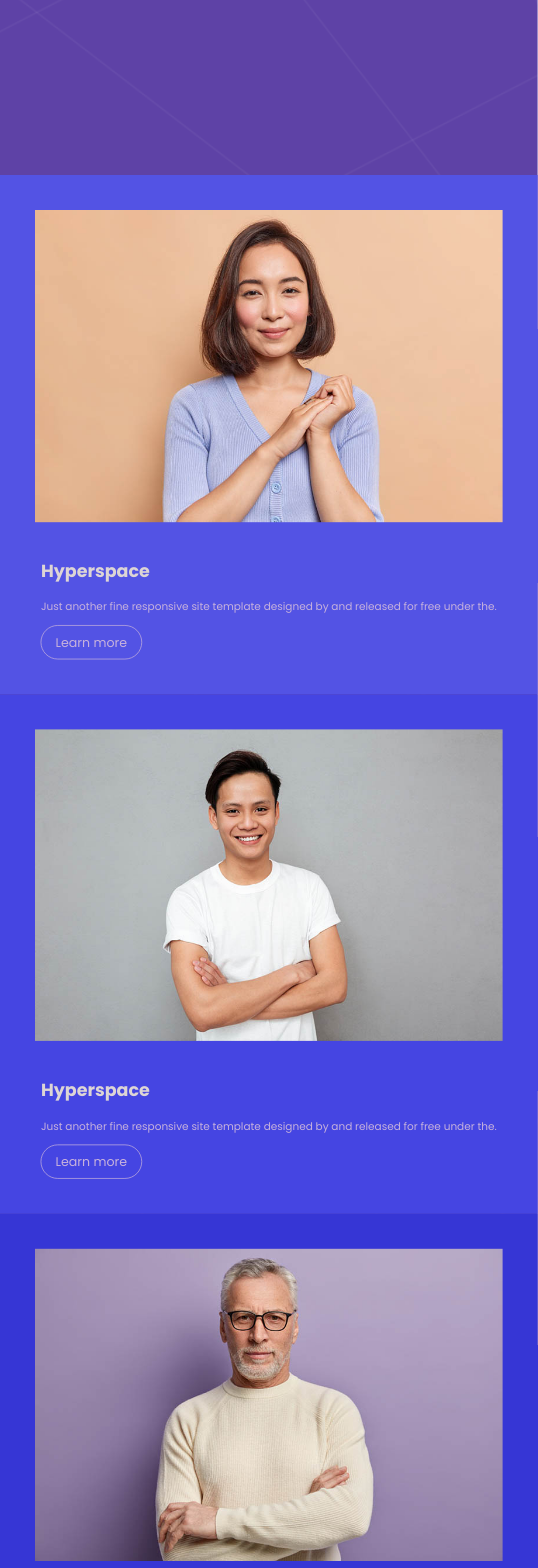
Repository: zai31/KIMIT_Tasks
Page: JsSession8/index.html
An editor plug-in stored every save of this project. The page is shown before and after a run of saves, followed by the edit.
The browser window is 768 px wide. The pictures show the part of the page from y = 620 to 2860 px (the page is 5077 px tall before and 5323 px after), at 70% of full size.
Backgrounds fixed to the window are drawn as part of the page.

Above is the page before, as saved 2025-09-16 18:06:57.

### JsSession8/index.html
<!DOCTYPE html>
<html lang="en">
<head>
    <meta charset="UTF-8">
    <meta name="viewport" content="width=device-width, initial-scale=1.0">
    <link rel="stylesheet" href="./css/style.css">
	<link href="https://cdnjs.cloudflare.com/ajax/libs/font-awesome/6.5.2/css/all.min.css" rel="stylesheet">

    <title>Responsive</title>
</head>

<body>
    <section  class="flex-section">
        <div class="menu">
        <ul>
            <li><a href="#">welcome</a></li>
            <li><a href="#">who are we</a></li>
            <li><a href="#">what we do</a></li>
            <li><a href="#">get in touch</a></li>
        </ul>
</div>
<div class="section">
    <div class="content">
      <div class="intro">
							<h1>Hyperspace</h1>
							<p>Just another fine responsive site template designed by <a href="https://html5up.net">HTML5 UP</a><br>
							and released for free under the <a href="https://html5up.net/license">Creative Commons</a>.</p>
							<button>Learn more</button>

						</div>
    <div class="overview">
        <div class="s" style="background-color: rgb(83, 83, 228);">
           <img src="./images/1.jpg" alt="">

							<div ><h1>Hyperspace</h1>
                                <p>Just another fine responsive site template designed by
							and released for free under the.</p>
							<button>Learn more</button></div>
        </div>
        <div class="s" style="background-color: rgb(69, 69, 226);">
            <img src="./images/2.jpg" alt="">
							<div >
                                           	<h1>Hyperspace</h1>
<p>Just another fine responsive site template designed by
							and released for free under the.</p>
							<button>Learn more</button></div>
        </div>
        <div class="s" style="background-color: rgb(54, 54, 213);">
            <img src="./images/3.jpg" alt="">
							<div >
                                           	<h1>Hyperspace</h1>
<p>Just another fine responsive site template designed by
							and released for free under the.</p>
							<button>Learn more</button></div>
        </div>
    <div class="what">
							<h2 style="font-size: 30px;">What we do</h2>
							<p>Phasellus convallis elit id ullamcorper pulvinar. Duis aliquam turpis mauris, eu ultricies erat malesuada quis. Aliquam dapibus, lacus eget hendrerit bibendum, urna est aliquam sem, sit amet imperdiet est velit quis lorem.</p>
							<div class="features">
								<section style="border-radius:5px 0px 0px 0 ;">
									<span style="color: rgba(255, 255, 255, 0.759); font-size: 30px;" class="fa-solid fa-lock"></span>
									<h3 >Lorem ipsum amet</h3>
									<p>Phasellus convallis elit id ullam corper amet et pulvinar. Duis aliquam turpis mauris, sed ultricies erat dapibus.</p>
								</section>
								<section style="border-radius:0 5px 0px 0 ;">
									<span style="color: rgba(255, 255, 255, 0.759); font-size: 30px;" class="fa-solid fa-lock"></span>
									<h3>Aliquam sed nullam</h3>
									<p>Phasellus convallis elit id ullam corper amet et pulvinar. Duis aliquam turpis mauris, sed ultricies erat dapibus.</p>
								</section>
								<section>
									<span style="color: rgba(255, 255, 255, 0.759); font-size: 30px;" class="fa-solid  fa-cog"></span>
									<h3>Sed erat ullam corper</h3>
									<p>Phasellus convallis elit id ullam corper amet et pulvinar. Duis aliquam turpis mauris, sed ultricies erat dapibus.</p>
								</section>
								<section>
									<span style="color: rgba(255, 255, 255, 0.759); font-size: 30px;" class="fa-solid fa-desktop"></span>
									<h3>Veroeros quis lorem</h3>
									<p>Phasellus convallis elit id ullam corper amet et pulvinar. Duis aliquam turpis mauris, sed ultricies erat dapibus.</p>
								</section>
								<section style="border-radius:0 0px 0px 5px  ;">
									<span class="fa-solid fa-link" style="color: rgba(255, 255, 255, 0.759); font-size: 30px;"></span>
									<h3>Urna quis bibendum</h3>
									<p>Phasellus convallis elit id ullam corper amet et pulvinar. Duis aliquam turpis mauris, sed ultricies erat dapibus.</p>
								</section>
								<section style="border-radius:0 0px 5px 0 ;">
									<span class="fa-solid fa-gem" style="color: rgba(255, 255, 255, 0.759); font-size: 30px;" ></span>
									<h3>Aliquam urna dapibus</h3>
									<p>Phasellus convallis elit id ullam corper amet et pulvinar. Duis aliquam turpis mauris, sed ultricies erat dapibus.</p>
								</section>
							</div>
							<ul class="actions">
								<li style="list-style: none;"><a href="generic.html" class="button" style="text-decoration: none; color: thistle;">Learn more</a></li>
							</ul>

    </div>
                        </div>
	<div class="form">
		<h2 style="font-size: 30px;">Get in touch</h2>
							<p>Phasellus convallis elit id ullamcorper pulvinar. Duis aliquam turpis mauris, eu ultricies erat malesuada quis. Aliquam dapibus, lacus eget hendrerit bibendum, urna est aliquam sem, sit amet imperdiet est velit quis lorem.</p>
							<div class="formS"><form action="">
								<div class="fields">

								<div class="row">

									<div class="field">
										<label for="name">Name</label>
										<input type="text" name="name" id="name" />
									</div>
									<div class="field">
										<label for="email">Email</label>
										<input type="email" name="email" id="email" />
									</div></div>
									<div class="field">
										<label for="message">Message</label>
										<textarea name="message" id="message" rows="3"></textarea>
									</div>
								</div>
								<ul style="list-style: none;padding: 0px;" class="actions">
									<li><input type="submit" value="Send" /></li>
								</ul>
							</form>
							<div class="line"></div>
							<section>
								<ul style="list-style: none;" class="contact">
										<li>
											<h3>Address</h3>
											<span>12345 Somewhere Road #654<br>
											Nashville, TN 00000-0000<br>
											USA</span>
										</li>
										<li>
											<h3>Email</h3>
											<a href="#">user@untitled.tld</a>
										</li>
										<li>
											<h3>Phone</h3>
											<span>(000) 000-0000</span>
										</li>
										<li>
											<h3>Social</h3>
											<ul style="list-style: none; display: flex; padding: 0px;gap: 10px;" class="icons">
												<li><a href="#" class="fa-brands fa-twitter"><span class="label"></span></a></li>
												<li><a href="#" class="fa-brands fa-facebook"><span class="label"></span></a></li>
												<li><a href="#" class="fa-brands fa-github"><span class="label"></span></a></li>
												<li><a href="#" class="fa-brands fa-instagram"><span class="label"></span></a></li>
												<li><a href="#" class="fa-brands fa-linkedin-in"><span class="label"></span></a></li>
											</ul>
										</li>
									</ul>
							</section>

							</div>
	</div>
	<div class="footer">
					<ul style="list-style: none;color: rgba(240, 248, 255, 0.3);display:flex;gap: 10px;">
						<li >© Untitled. All rights reserved.</li>
						<li style="width: 1px; background-color: rgba(255, 255, 255, 0.253);height:16px;margin: auto 0;"></li>
						<li>Images: <a style="text-decoration: none;color: rgba(255, 255, 255, 0.253);" href="http://unsplash.com">Unsplash</a></li>
						<li style="width: 1px; background-color: rgba(255, 255, 255, 0.253);height:16px;margin: auto 0;"></li>

						<li>Design: <a  style="text-decoration: none;color: rgba(255, 255, 255, 0.253);"href="https://html5up.net">HTML5 UP</a></li>
					</ul>
				</div>
							</div>
                        </div>

                    </section>
</body>
</html>

### JsSession8/CSS/style.css
@import url("https://fonts.googleapis.com/css2?family=Poppins:ital,wght@0,100;0,200;0,300;0,400;0,500;0,600;0,700;0,800;0,900;1,100;1,200;1,300;1,400;1,500;1,600;1,700;1,800;1,900&display=swap");

* {
    box-sizing: border-box;
    font-family: "Poppins", sans-serif;
}

:root {
    --sidebar-color: #312450;
    --primary-color: #5e42a6;
    --secondary-color: #b74e91;
    --section-bg-color: #c7b2dc;
    --dark-color: #000000;
    --navbar-bg-color: #273053;
    --p-color: #717275;
    --highlight-icon-color: #ff0100;
    --main-transition: 0.5s all ease-in-out;
}


html,
body {
    height: 100%;
    margin: 0;
    padding: 0;
}

.flex-section {
    display: flex;
    flex-direction: row;

}

/*side bar*/
.flex-section .menu {
    min-height: 100vh;
    /* ensures sidebar spans at least the full screen */
    height: auto;
    /* lets it grow with content */
    width: 300px;
    top: 0;
    left: 0;
    position: fixed;
    background-color: var(--sidebar-color);
    padding: 145px 30px;
    box-shadow: 0 0 10px rgba(0, 0, 0, 0.1);
}



.flex-section .menu ul {
    list-style: none;
    padding: 0;
    margin: 0;
    text-align: right;
}

.flex-section .menu ul li {
    margin-bottom: 10px;
    font-size: 20px;
    position: relative;
    /* needed for ::after positioning */
    padding-bottom: 10px;
}

.flex-section .menu ul li a {
    text-decoration: none;
    color: #8b82a1;

}

.flex-section .menu ul li::after {
    content: "";
    position: absolute;
    left: 0;
    bottom: 0;
    width: 100%;
    /* stick to the bottom */
    height: 2px;
    background-color: #8b82a1;
    /* thickness of underline */
    transition: width 0.3s ease;
}

/*use js*/
.flex-section .menu ul li a:hover::after {
    width: 100%;
    /* expand underline on hover */
}


.flex-section .menu ul li a:hover {
    color: #b5b8bf;
}

.flex-section .menu ul li a:active {
    color: #5e42a6;
}

.flex-section .menu ul li a:active::after {
    background: linear-gradient(to right, #4b0082, #8b00ff, #981196);
}

/*****respponsive *****/
@media screen and (max-width: 1024px) {
  .flex-section {
    flex-direction: column; /* stack menu on top */
  }

  .flex-section .menu {
    position: relative;   /* no longer fixed on side */
    width: 100%;
    height: auto;
    min-height: auto;
    padding: 20px;
    display: flex;
    justify-content: center;
    align-items: center;
  }

  .flex-section .menu ul {
    display: flex;
    flex-direction: row;
    justify-content: center;
    gap: 20px;
    text-align: center;
    width: 100%;
  }

  .flex-section .menu ul li {
    margin: 0;
    padding: 0;
  }

  .flex-section .section {
    padding-left: 0;
  }
}

/**************content*************/

/*content first section */
.flex-section .section {
    flex: 1;
    background-color: var(--section-bg-color);
    background-attachment: fixed;
    background-image: url("../assets/css/images/Screenshot\ 2025-09-15\ 075920.png");
    background-position: top right;
    background-repeat: no-repeat;
    background-size: 100% 100%;
    padding-left: 300px;
}

.flex-section .section .content {
    display: flex;
    flex-direction: column;
    width: 100%;
}

.flex-section .section .content .intro {
    padding: 100px;
    width: 100%;
    height: 100vh;
}

.flex-section .section .content .intro h1 {
    color: rgb(221, 213, 213);
    font-size: 50px;
}

.flex-section .section .content .intro p,
.flex-section .section .content .intro a {
    color: var(--section-bg-color);
    font-size: 20px;
}

.flex-section .section .content .intro a:hover {
    color: #fefefe;
    text-decoration: none;
}

.flex-section .section .content .intro button {
    color: var(--section-bg-color);
    background-color: transparent;
    border: 1px solid var(--section-bg-color);
    padding: 10px 20px;
    border-radius: 25px;
    cursor: pointer;
    text-decoration: none;
    font-size: 18px;
}

.flex-section .section .content .intro button:hover {
    background-color: #6f54b6;
}




/*content second section */

.flex-section .section .content .overview .s {
    display: flex;
    flex-direction: row;
    align-items: center;
    gap: 30px;
}

.flex-section .section .content .overview .s h1 {
    color: rgb(221, 213, 213);
    font-size: 30px;
}

.flex-section .section .content .overview .s p {
    color: var(--section-bg-color);
    font-size: 20px;
}

.flex-section .section .content .overview .s button {
    color: var(--section-bg-color);
    background-color: transparent;
    border: 1px solid var(--section-bg-color);
    padding: 10px 20px;
    border-radius: 25px;
    cursor: pointer;
    text-decoration: none;
    font-size: 18px;
}

.flex-section .section .content .overview .s button:hover {
    background-color: rgb(77, 77, 246);
}

.flex-section .section .content .overview .s img {
    width: 40%;
}

/**responsive**/
@media screen and (min-width: 425px) and (max-width: 768px) and (orientation: portrait) {

    .flex-section .section {
        padding-left: 0; /* remove left offset since sidebar is gone */
    }
   .flex-section .section .content .overview .s {
        display: flex;
        flex-direction: column;
        padding: 50px;
    }
    .flex-section .section .content .overview .s h1 {
        font-size: 25px;
    }
    .flex-section .section .content .overview .s p {
        font-size: 15px;
    }
    .flex-section .section .content .overview .s img {
        width: 100%;
    }

}

/*what section*/

.flex-section .section .content .what {
    padding: 50px;
    width: 100%;
    background-color: var(--secondary-color);
}

.flex-section .section .content .what h3,
.flex-section .section .content .what h2 {
    color: rgb(221, 213, 213);
    font-size: 20px;
}
.flex-section .section .content .what p {
    color: #e0cee1;
    font-size: 15px;
}

.flex-section .section .content .what .features{
    display: flex;
    flex-direction: row;
    flex-wrap: wrap;
    background-color: #be5698;


}
.flex-section .section .content .what .features section {
 flex: 1 1 50%;     /* grow/shrink, ~half width with gap */
 border: 0.5px solid rgba(255, 255, 255, 0.248);
 box-sizing: border-box;
 padding: 30px;

}
.flex-section .section .content .what .actions {
   color: var(--section-bg-color);
    background-color: transparent;
    border: 1px solid var(--section-bg-color);
    padding: 10px 20px;
    border-radius: 25px;
    cursor: pointer;
    text-decoration: none;
    font-size: 18px;
    width: 150px;
}

 .what .actions:hover {
    background-color: rgb(212, 107, 177);
}
.features section span,
.features section h3 {
  display: inline-block;
  vertical-align: middle;
  margin: 0 5px;
}

/*form*/

.form {
    padding: 50px;
    width: 100%;
    background-color: var(--primary-color);

}
.form .formS
{
   display: flex;
   flex-direction: row;
}
.form h2 {
    color: rgba(221, 213, 213, 0.873);
    font-size: 30px;
}
.form p {
    color: #e0cee19d;
    font-size: 15px;
}
 .fields {
    display: flex;
    flex-direction: row;
    flex-wrap: wrap;
    width: 80%;
    border-radius: 10px;
    height: 80%;
    gap: 20px;
}

.field {
  display: flex;
  flex-direction: column;
  flex: 1; /* make name and email share equal width */
}
.field input, .field textarea{
    background-color: transparent;
    border: 1px solid #e0cee127;
    border-radius: 5px;
    cursor: pointer;
    text-decoration: none;
    font-size: 18px;
    color: #e0cee19d;
}
.field label {
    color: #e0cee19d;
    font-size: 17px;
}
.contact-info {
  flex: 1; /* right side column */
  color: #e0cee19d;
}

.form .fields .row {
    display: flex;
    flex-direction: row;
    flex-wrap: wrap;
    width: 100%;
    gap: 20px;}

    .field textarea
    {
        height: 200px;
    }
.line {
    width: 2px;
    background-color:#ffffff28; /* or border-left: 1px solid #e0cee127; */
    margin: 0 15px; /* spacing from form and contact info */
    align-self: stretch; /* makes it fill the full height of the flex container */
}
.formS .contact{
    width: 100%;
}
.formS .contact h3 {
    color: rgba(221, 213, 213, 0.873);
    font-size: 20px;
}
.formS .contact span {
    color: #e0cee19d;
    font-size: 15px;
}
.formS .actions input
{
    color: var(--section-bg-color);
    background-color: transparent;
    border: 1px solid var(--section-bg-color);
    padding: 10px 20px;
    border-radius: 25px;
    cursor: pointer;
    text-decoration: none;
    font-size: 16px;
    width: 140px;
    list-style: none;
}

.footer
{
    padding: 50px;
    width: 100%;
    height: 140px;
    background-color:#413167;
}

After the next 3 saves:
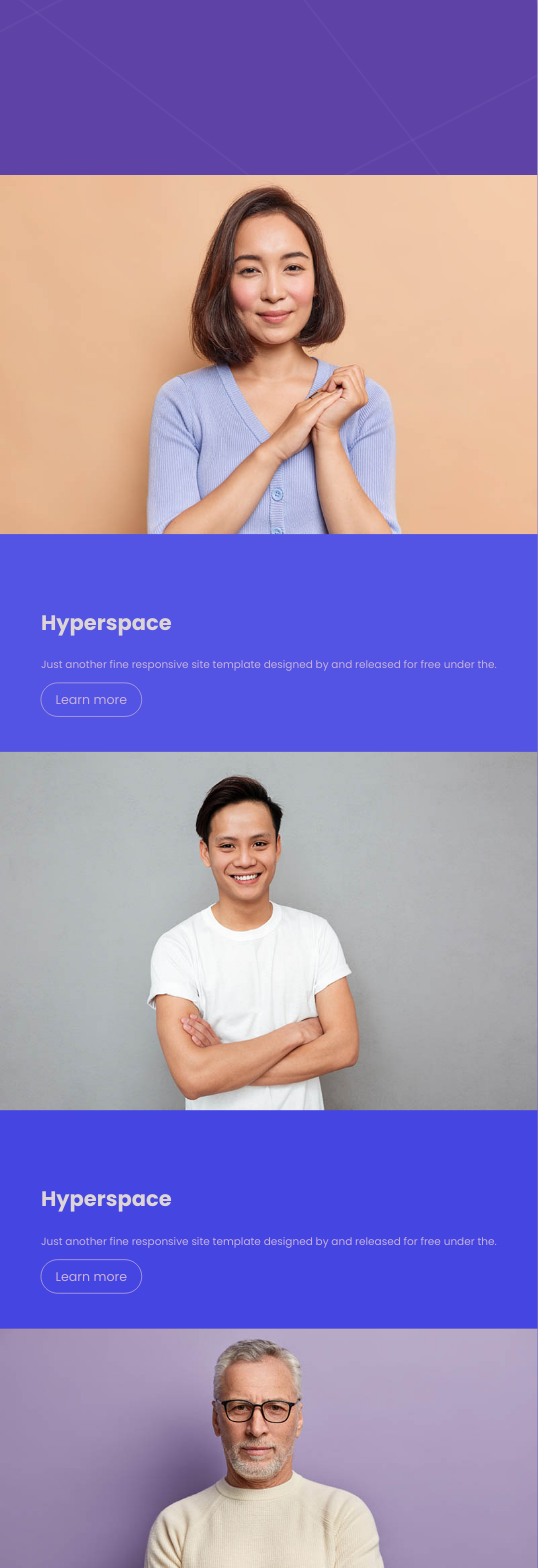
The 3 saves are shown as one change because they came seconds apart.
The last was saved 9 s later.
--- a/JsSession8/CSS/style.css
+++ b/JsSession8/CSS/style.css
@@ -244,10 +244,9 @@ body {
    .flex-section .section .content .overview .s {
         display: flex;
         flex-direction: column;
+    }
+    .flex-section .section .content .overview .s div {
         padding: 50px;
-    }
-    .flex-section .section .content .overview .s h1 {
-        font-size: 25px;
     }
     .flex-section .section .content .overview .s p {
         font-size: 15px;
